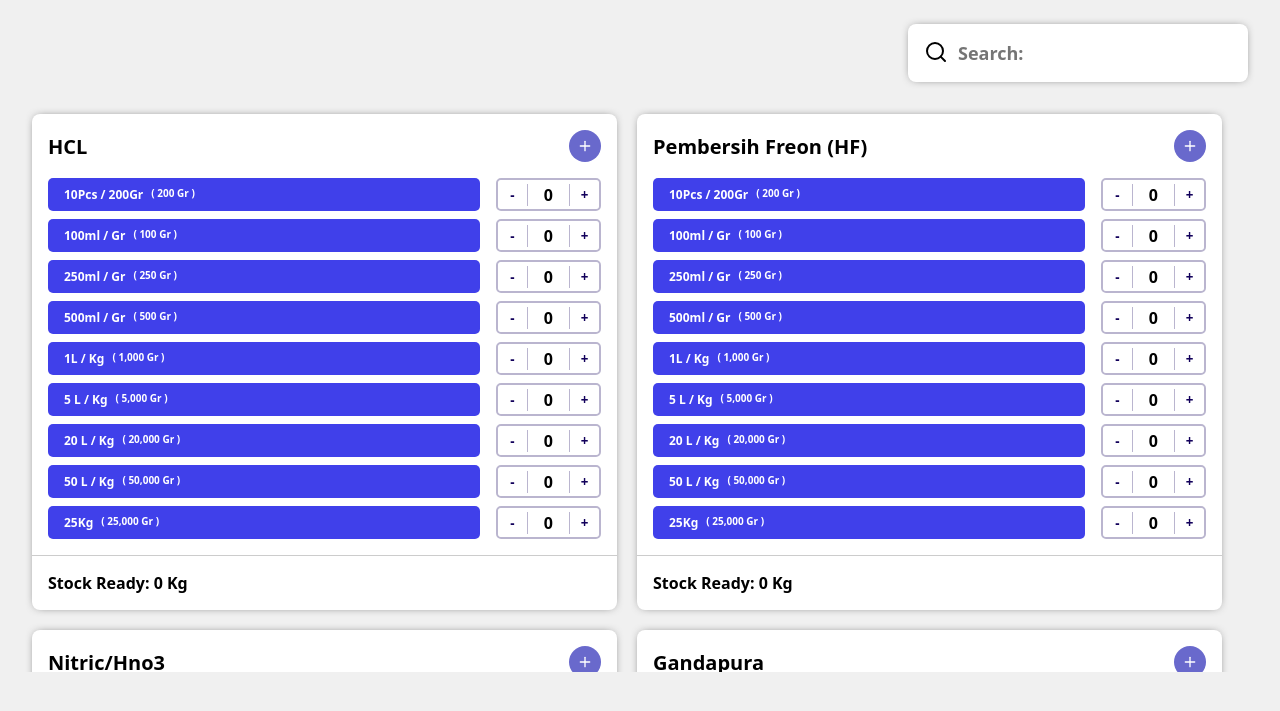
Repository: zuraniumlab-design/upstock-amsk
Page: /
The author's editor kept a copy of each file at every save. The page is drawn from the files as they stood at one save, then again after the next save.
The browser window is 1280 px wide. The pictures show the whole page.
An inner scrolling area shows only its first screen. The project was rebuilt for these pictures with package versions that can differ from the ones it lists, and the page was loaded fresh each time. Also part of the build but not shown: vite.config.js.

Above is the page before, as saved 2026-06-19 08:09:48.

After the next save:
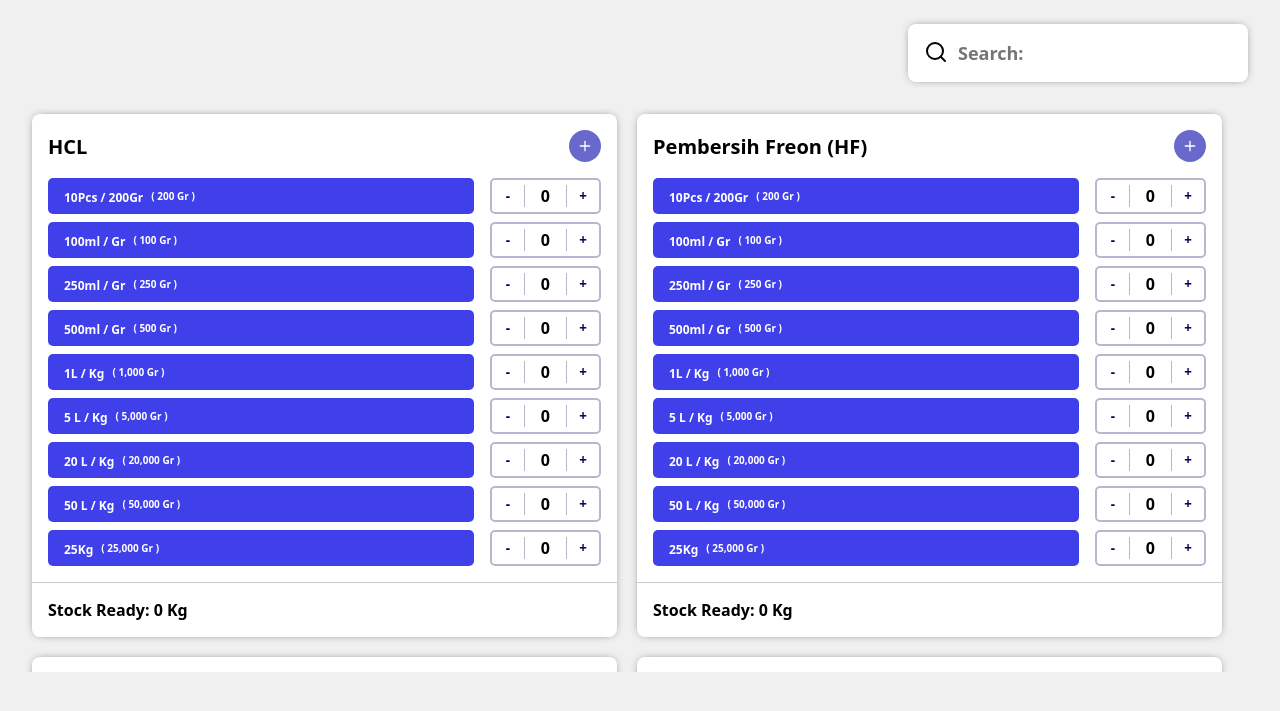
Saved 7 s later.
--- a/src/App.module.css
+++ b/src/App.module.css
@@ -118,6 +118,7 @@
   color: white;
   font-weight: bold;
   font-size: 12px;
+  align-items: baseline;
   justify-content: space-between;
   padding: 0.5rem 1rem;
 }

After the save that followed:
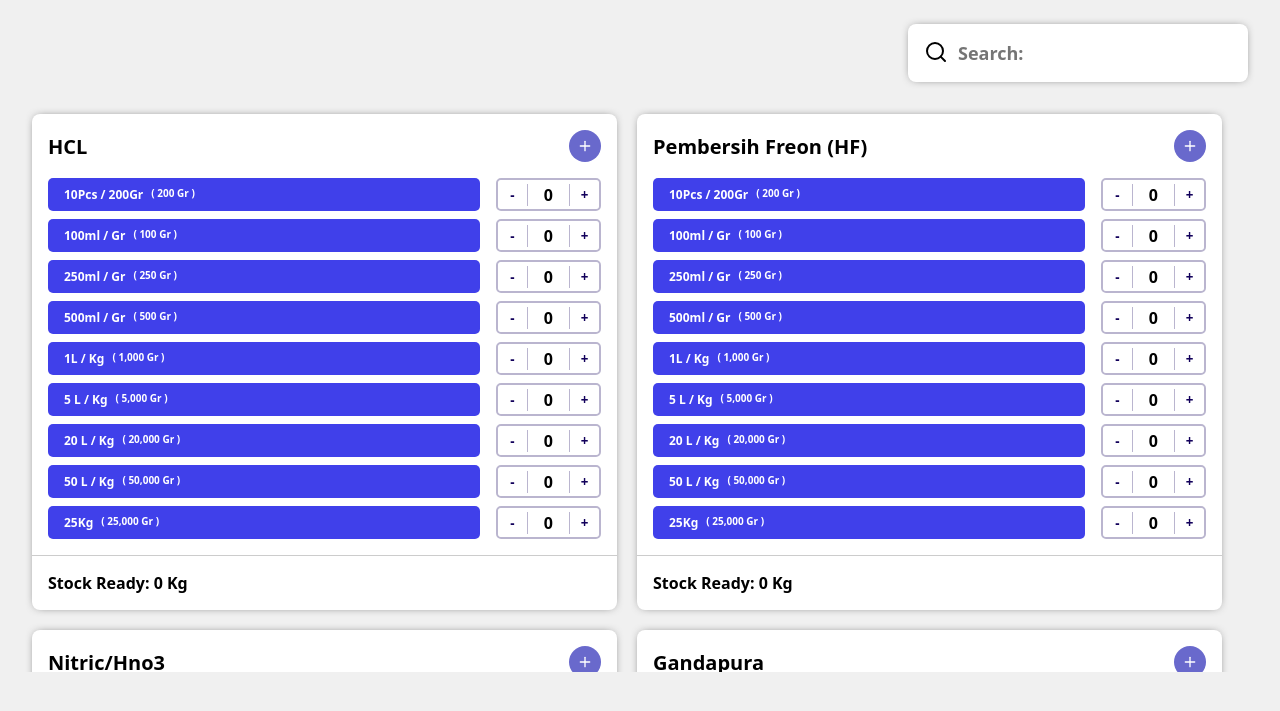
Saved 21 s later.
--- a/src/App.module.css
+++ b/src/App.module.css
@@ -118,7 +118,6 @@
   color: white;
   font-weight: bold;
   font-size: 12px;
-  align-items: baseline;
   justify-content: space-between;
   padding: 0.5rem 1rem;
 }
